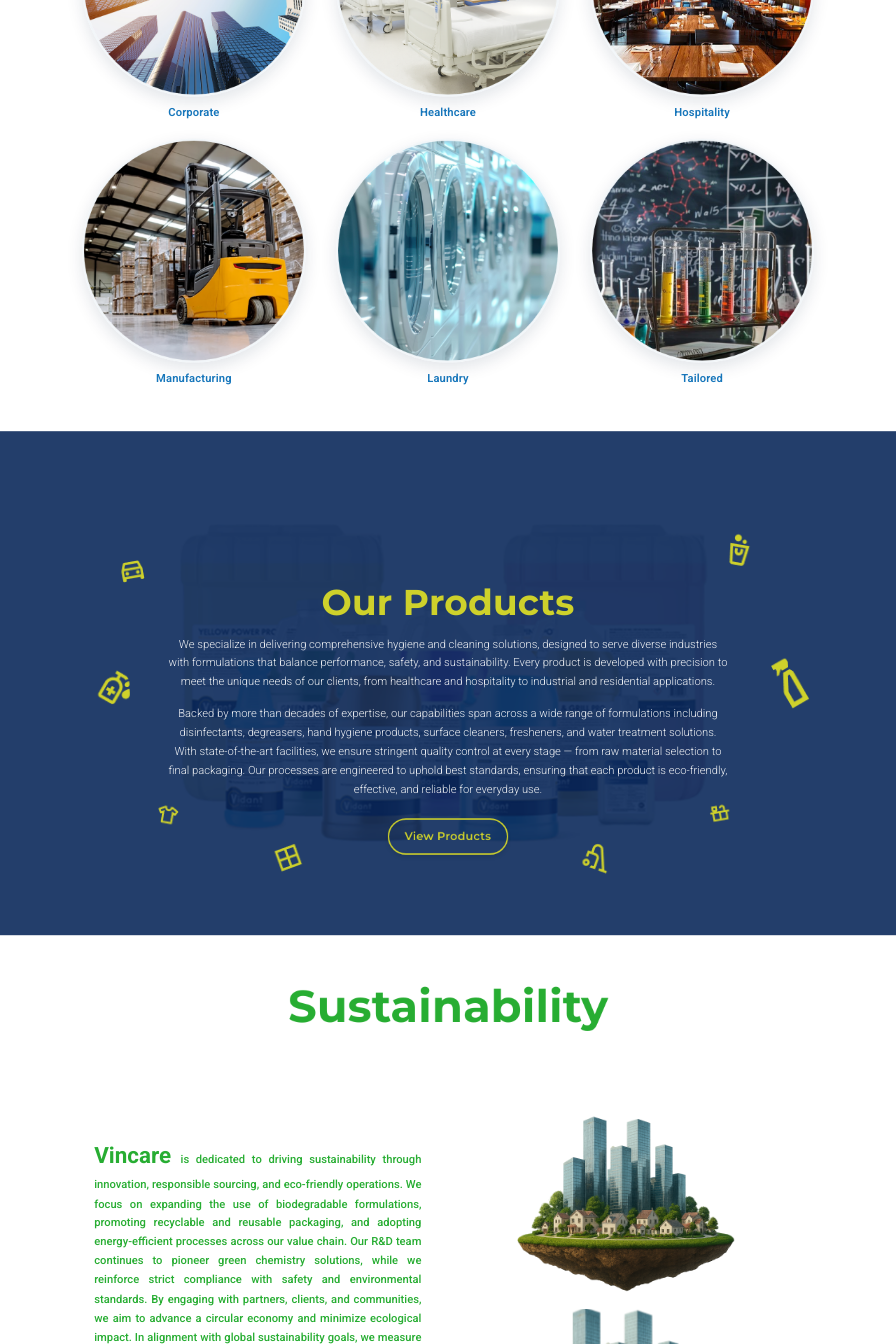
Repository: Yeshwanth-189/vincare
Page: / (app in vincare-frontend/)
These files come from the project's save history. The page is drawn as it stood at one moment and after the next save; the edit follows.
The browser window is 1280 px wide. The pictures show the part of the page from y = 4580 to 6500 px (the page is 6869 px tall), at 70% of full size.
Pictures or frames that could not be fetched are drawn as grey boxes. The project was rebuilt for these pictures with package versions that can differ from the ones it lists, and the page was loaded fresh each time. Also part of the build but not shown: vincare-frontend/vite.config.js. Imported but missing from the stored project, and not drawn on this page: vincare-frontend/src/assets/green-globe-white-bg.mp4.

Above is the page before, as saved 2025-09-25 20:07:33.

After the next save:
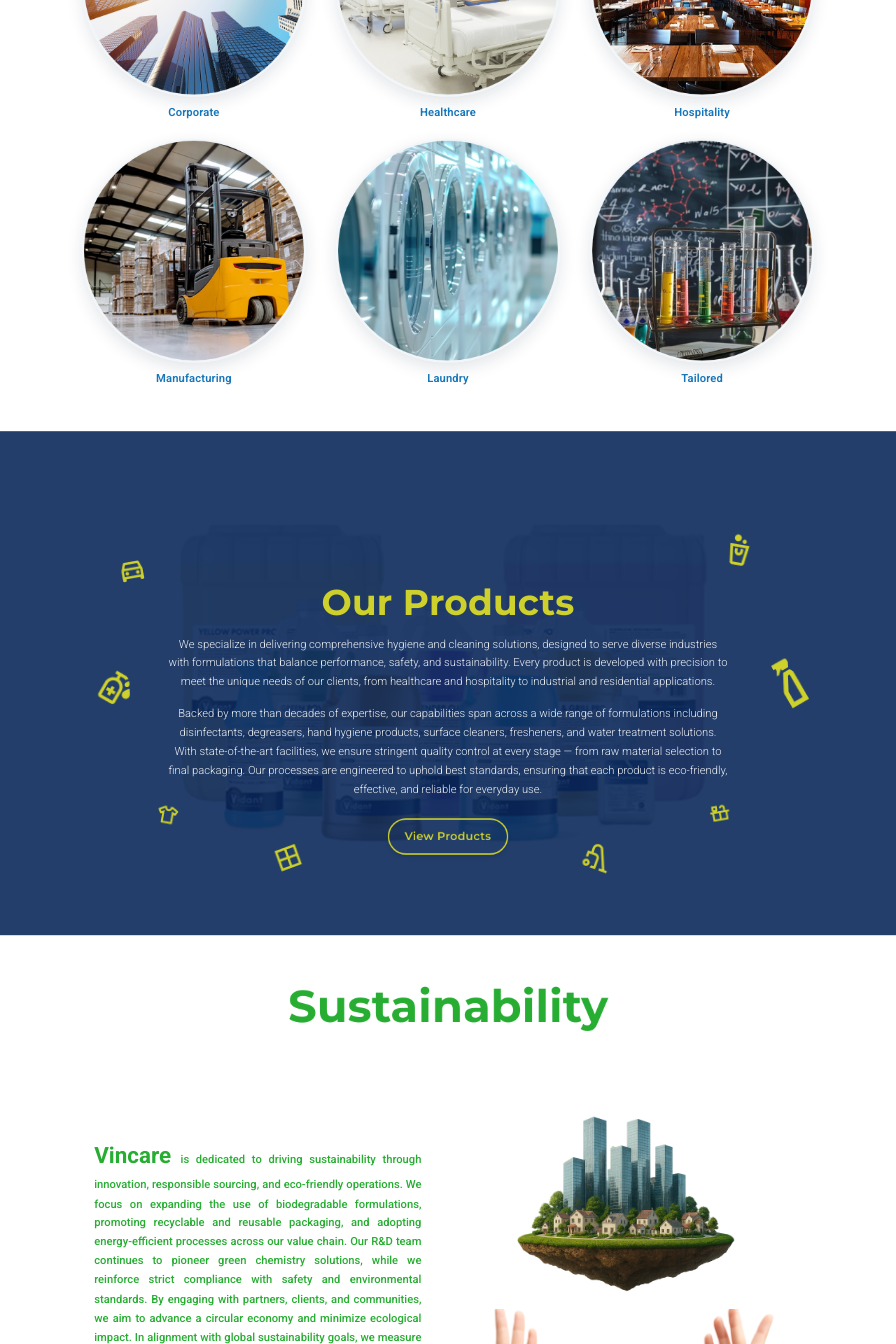
Saved 7 s later.
--- a/vincare-frontend/src/components/Sustainability.jsx
+++ b/vincare-frontend/src/components/Sustainability.jsx
@@ -18,7 +18,7 @@
   icon = green,
   videoSrc = greenglobewhitebg,
   poster = sust1,
-  imageSrc = sust1,
+  imageSrc = protect,
 }) {
   const headingRef = useRef(null);
 

After the save that followed:
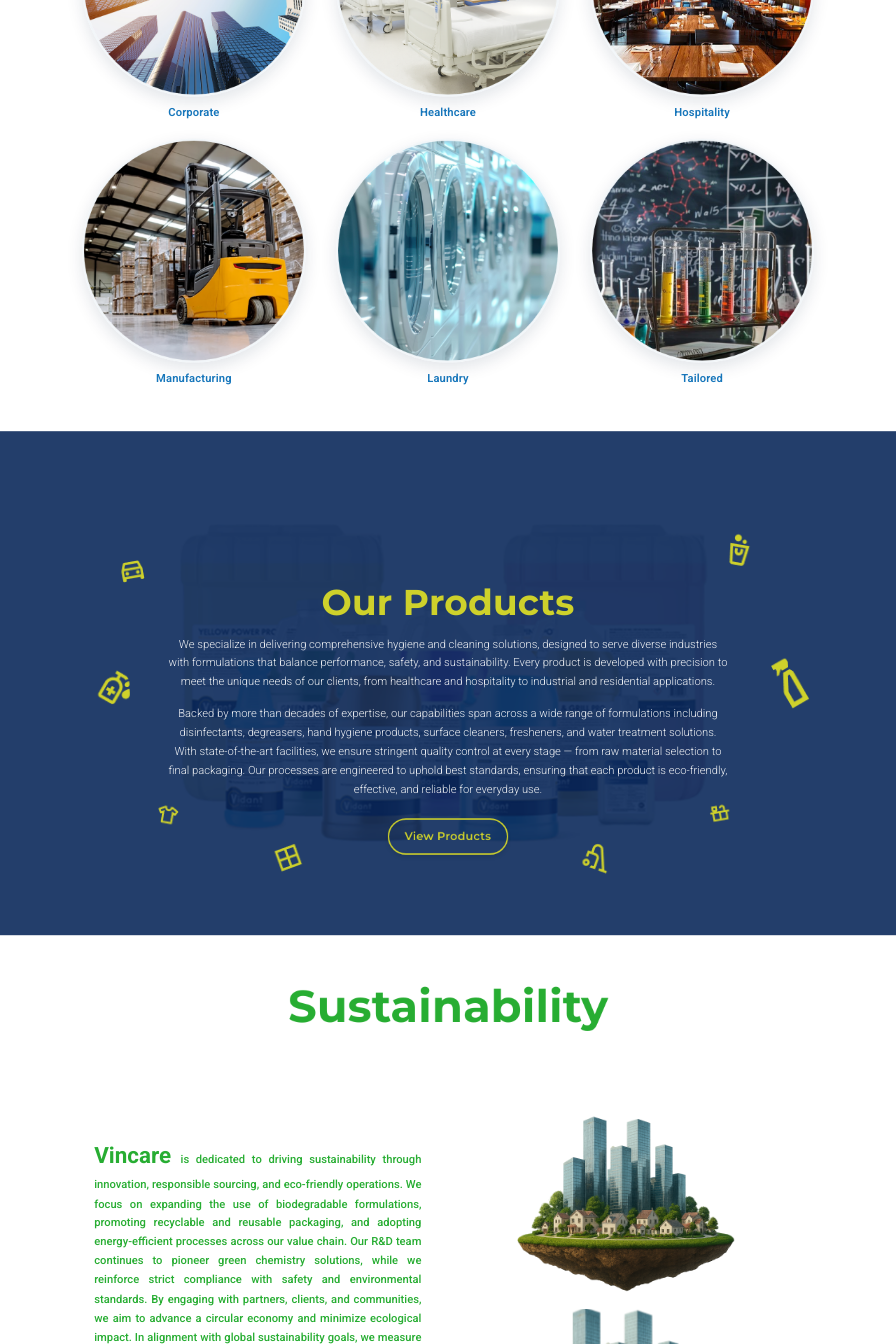
Saved 13 s later.
--- a/vincare-frontend/src/components/Sustainability.jsx
+++ b/vincare-frontend/src/components/Sustainability.jsx
@@ -18,7 +18,7 @@
   icon = green,
   videoSrc = greenglobewhitebg,
   poster = sust1,
-  imageSrc = protect,
+  imageSrc = sust1,
 }) {
   const headingRef = useRef(null);
 
